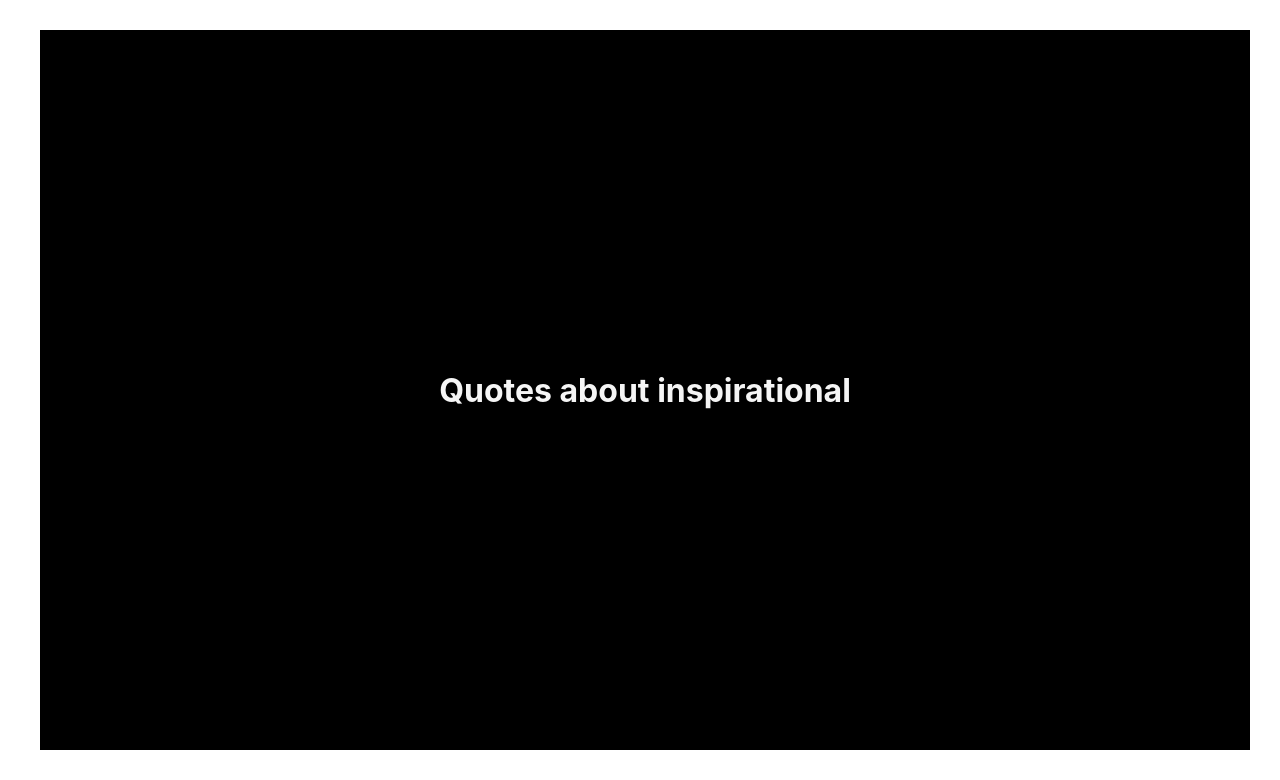
Repository: Bhavik-Sanghar/Quote-app
Page: /
The author's editor kept a copy of each file at every save. The page is drawn from the files as they stood at one save, then again after a run of saves.
The browser window is 1280 px wide. The pictures show the whole page.
The page's requests for data from a server got no answer. The project was rebuilt for these pictures with package versions that can differ from the ones it lists, and the page was loaded fresh each time. No one was signed in, and anything a server would have sent is missing. Also part of the build but not shown: src/styles.css.

Above is the page before, as saved 2023-08-18 14:41:17.

After the next 2 saves:
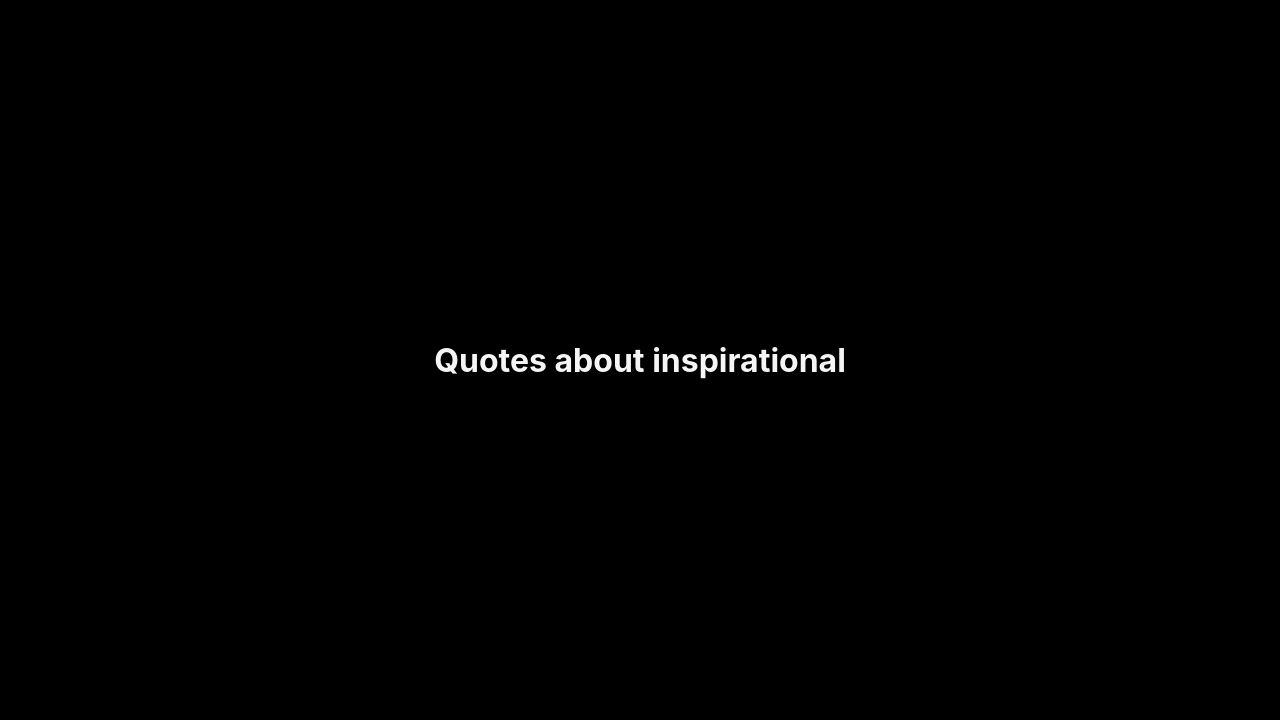
The 2 saves are shown as one change because they came seconds apart.
The last was saved 18 s later.
--- a/src/components/New.css
+++ b/src/components/New.css
@@ -17,11 +17,6 @@
     background-color: #000000;
   }
 
-  .quote-container{
-     margin: 10px;
-    padding: 20px;
-    padding-left: 30px;
-  }
 
   .author
     {
